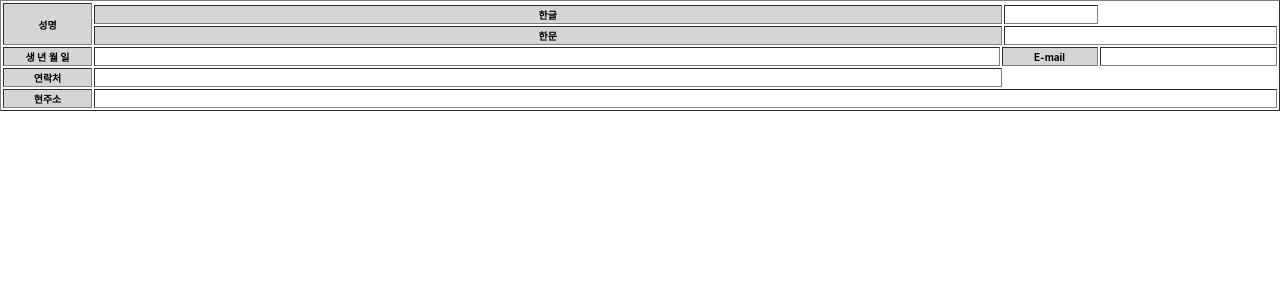
Repository: jiyeonyun/Resume
Page: / (app in resumes/)
The author's editor kept a copy of each file at every save. The page is drawn from the files as they stood at one save, then again after a run of saves.
The browser window is 1280 px wide. The pictures show the whole page.
The project was rebuilt for these pictures with package versions that can differ from the ones it lists, and the page was loaded fresh each time. Also part of the build but not shown: resumes/src/data/edudata.js, resumes/src/components/educationalHIstory/educational.jsx, resumes/src/components/footer/footer.jsx.

Above is the page before, as saved 2022-05-25 15:33:01.

### resumes/src/App.jsx
import { useState } from "react";
import styles from "./App.module.css";
import Educational from "./components/educationalHIstory/educational";
import Footer from "./components/footer/footer";
import PersonalInfo from "./components/personalInfo/personalInfo";
function App() {
  const [personalInfoData, setPersonalInfoData] = useState({
    name: "홍길동",
    birth: "1998-03-18",
    adress: "서울특별시 영등포구",
    email: "jyyun@zentropy.com",
    number: "010-2055-7663",
  });
  return (
    <div className="App">
      <PersonalInfo />
    </div>
  );
}

export default App;

### resumes/src/App.module.css
* {
  font-size: 10px;
}
table {
  width: 100%;
}

### resumes/src/components/personalInfo/personalInfo.jsx
import React from "react";

const PersonalInfo = ({ personalInfoData }) => {
  return (
    <table border="1">
      <tr>
        <th rowSpan="3" width="85" height="30" bgcolor="D5D5D5">
          성명
        </th>
      </tr>
      <tr>
        <th colSpan="2" bgcolor="D5D5D5">
          한글
        </th>
        <td width="90"></td>
      </tr>
      <tr>
        <th colSpan="2" bgcolor="D5D5D5">
          한문
        </th>

        <td colSpan="2"></td>
      </tr>
      <tr>
        <th bgcolor="D5D5D5">생 년 월 일</th>
        <td></td>
        <th colSpan="2" width="80" bgcolor="D5D5D5">
          E-mail
        </th>
        <td></td>
      </tr>
      <tr>
        <th bgcolor="D5D5D5">연락처</th>
        <td colSpan="2"></td>
      </tr>
      <tr>
        <th bgcolor="D5D5D5">현주소</th>
        <td colSpan="8"></td>
      </tr>
    </table>
  );
};

export default PersonalInfo;

Loaded but not shown: resumes/public/index.html (common file); resumes/src/index.js (common file); resumes/src/index.css (common file); resumes/src/reportWebVitals.js (common file)

After the next 2 saves:
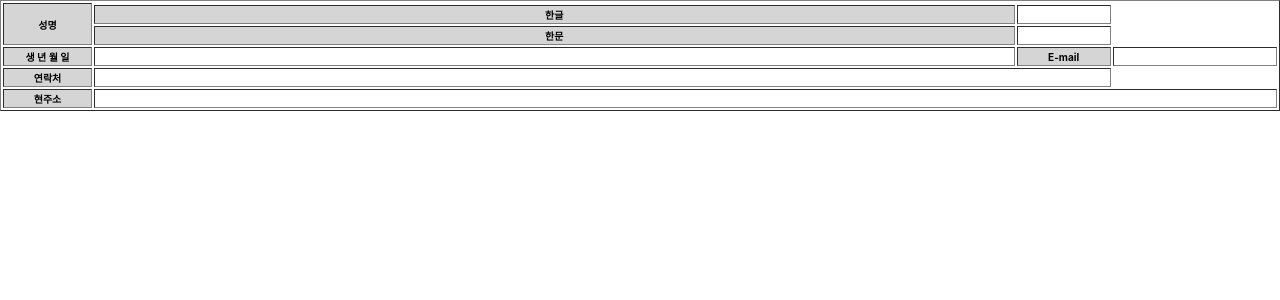
The 2 saves are shown as one change because they came seconds apart.
The last was saved 32 s later.
--- a/resumes/src/components/personalInfo/personalInfo.jsx
+++ b/resumes/src/components/personalInfo/personalInfo.jsx
@@ -9,15 +9,11 @@ const PersonalInfo = ({ personalInfoData }) => {
         </th>
       </tr>
       <tr>
-        <th colSpan="2" bgcolor="D5D5D5">
-          한글
-        </th>
+        <th bgcolor="D5D5D5">한글</th>
         <td width="90"></td>
       </tr>
       <tr>
-        <th colSpan="2" bgcolor="D5D5D5">
-          한문
-        </th>
+        <th bgcolor="D5D5D5">한문</th>
 
         <td colSpan="2"></td>
       </tr>
